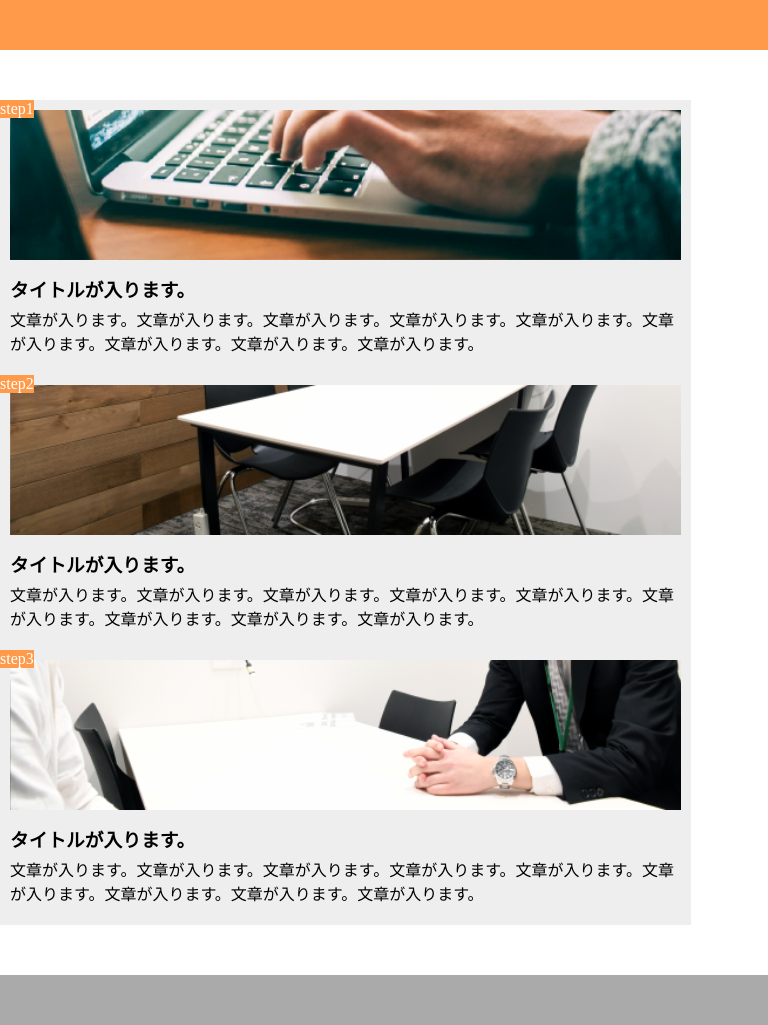
Repository: nosuyuki1002/git-practice2
Page: chpter/9.html
The author's editor kept a record of every edit. The page is drawn from the files as they stood at one moment, then again after the next edit.
The browser window is 768 px wide. The pictures show the whole page.

Above is the page before.

### chpter/9.html
<!DOCTYPE html>
<html lang="ja">

    <head>

        <meta charset="UTF-8" />
        <meta name="viewport" content="width=device-width,initial-scale=1.0">
        <link rel="stylesheet" href="style.css">
        <title>chapter9</title>

    </head>

    <body>
        <header></header>

        <main>
        <div class="step-box">
          <div class="step-img1"></div>
          <span class="step-num">step1</span>

          <h3 class="title">タイトルが入ります。</h3>
          <p>文章が入ります。文章が入ります。文章が入ります。文章が入ります。文章が入ります。文章が入ります。文章が入ります。文章が入ります。文章が入ります。</p>
        </div>

        <div class="step-box">
          <div class="step-img2"></div>
          <span class="step-num">step2</span>

          <h3 class="title">タイトルが入ります。</h3>
          <p>文章が入ります。文章が入ります。文章が入ります。文章が入ります。文章が入ります。文章が入ります。文章が入ります。文章が入ります。文章が入ります。</p>
        </div>

        <div class="step-box">
          <div class="step-img3"></div>
          <span class="step-num">step3</span>

          <h3 class="title">タイトルが入ります。</h3>
          <p>文章が入ります。文章が入ります。文章が入ります。文章が入ります。文章が入ります。文章が入ります。文章が入ります。文章が入ります。文章が入ります。</p>
        </div>
        </main>

        <footer></footer>
    </body>
</html>

### chpter/style.css
* {
    margin: 0;
    padding: 0;
    box-sizing: border-box;
}

header {
    height: 50px;
    background-color: #ff9a4b;
}

main {
    width: 960px;
    margin: 50px auto;
    display: flex;
}

.step-box {
    width: 300px;
    margin-right: 30px;
    padding: 10px;
    position: relative;
    background-color: #eee;
}

.step-box:last-child {
    margin-right: 0;
}

.step-img1 {
    height: 150px;
    background-image: url(img3/flow01.png);
    background-position: bottom;
    background-size: cover;
}

.step-img2 {
    height: 150px;
    background-image: url(img3/flow02.png);
    background-position: bottom;
    background-size: cover;
}

.step-img3 {
    height: 150px;
    background-image: url(img3/flow03.png);
    background-position: bottom;
    background-size: cover;
}

.step-num {
    position: absolute;
    top: 0;
    left: 0;
    background-color: #ff9a4b;
    color: white;
}

.title {
    margin: 15px 0 5px;
}

footer {
    height: 50px;
    background-color: #aaa;
}

@media screen and (max-width: 768px) {
    header {
        width: 100%;
    }

    main {
        width: 100%;
        display: block;

    }

    .step-box {
        width: 90%;
        padding-bottom: 20px;
    }


}

After the next edit:
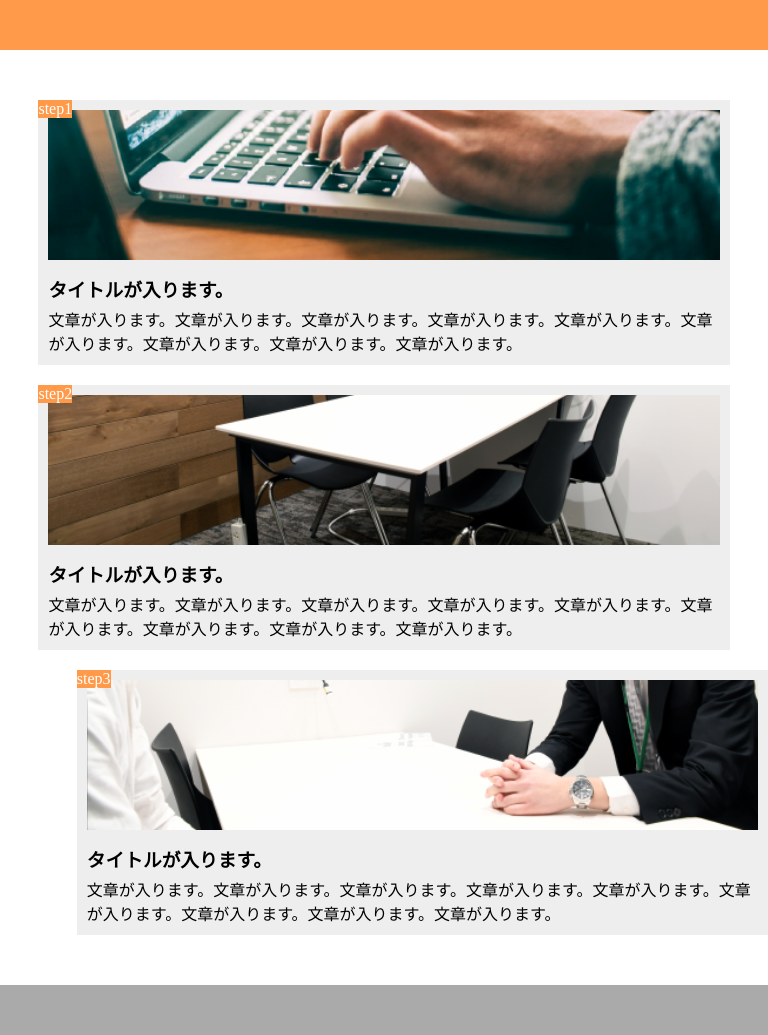
The edit:
--- a/chpter/style.css
+++ b/chpter/style.css
@@ -78,7 +78,7 @@
 
     .step-box {
         width: 90%;
-        padding-bottom: 20px;
+        margin: 0 auto 20px;
     }
 
 
